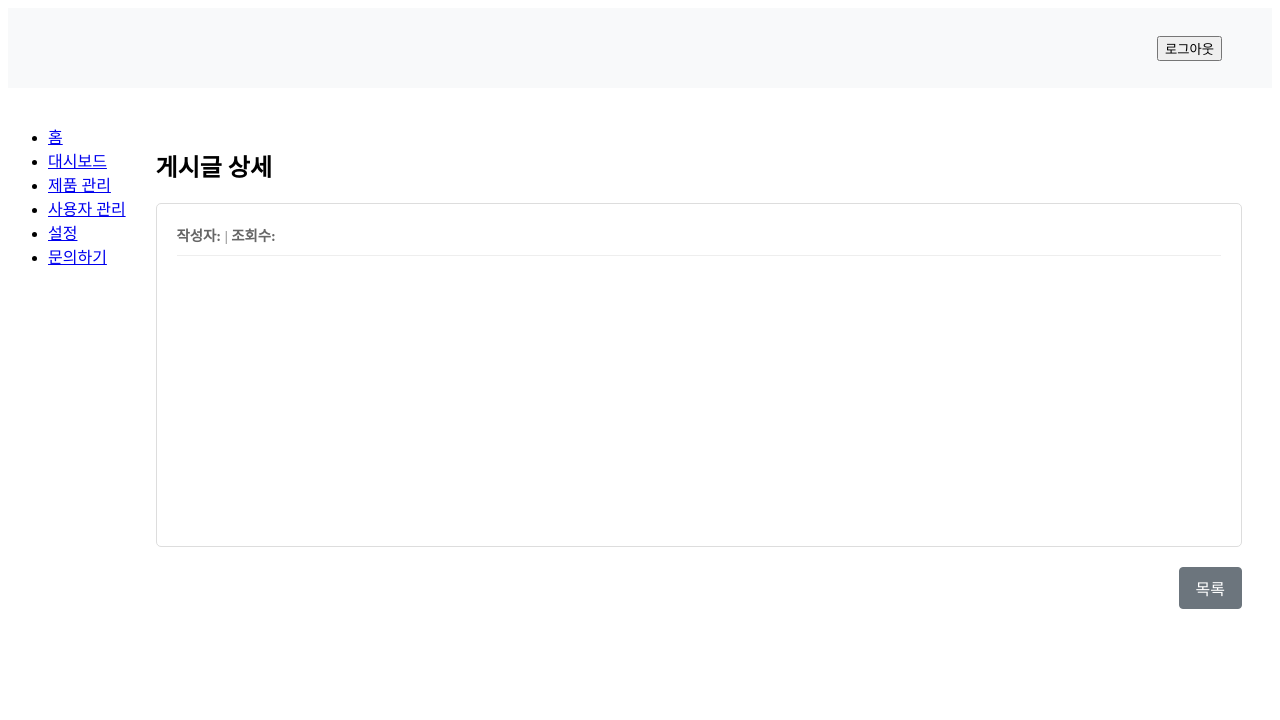
Repository: devgolol/Flow
Page: http://localhost/coretime/WEB-INF/views/detail.jsp
An editor plug-in stored every save of this project. The page is shown before and after the next save, followed by the edit.
The browser window is 1280 px wide. The pictures show the whole page.
The page is served by Tomcat 9. Nobody is signed in. The template is opened directly, without the code that normally fills it, so the values that code supplies are empty.

Above is the page before, as saved 2025-07-02 03:16:35.

After the next save:
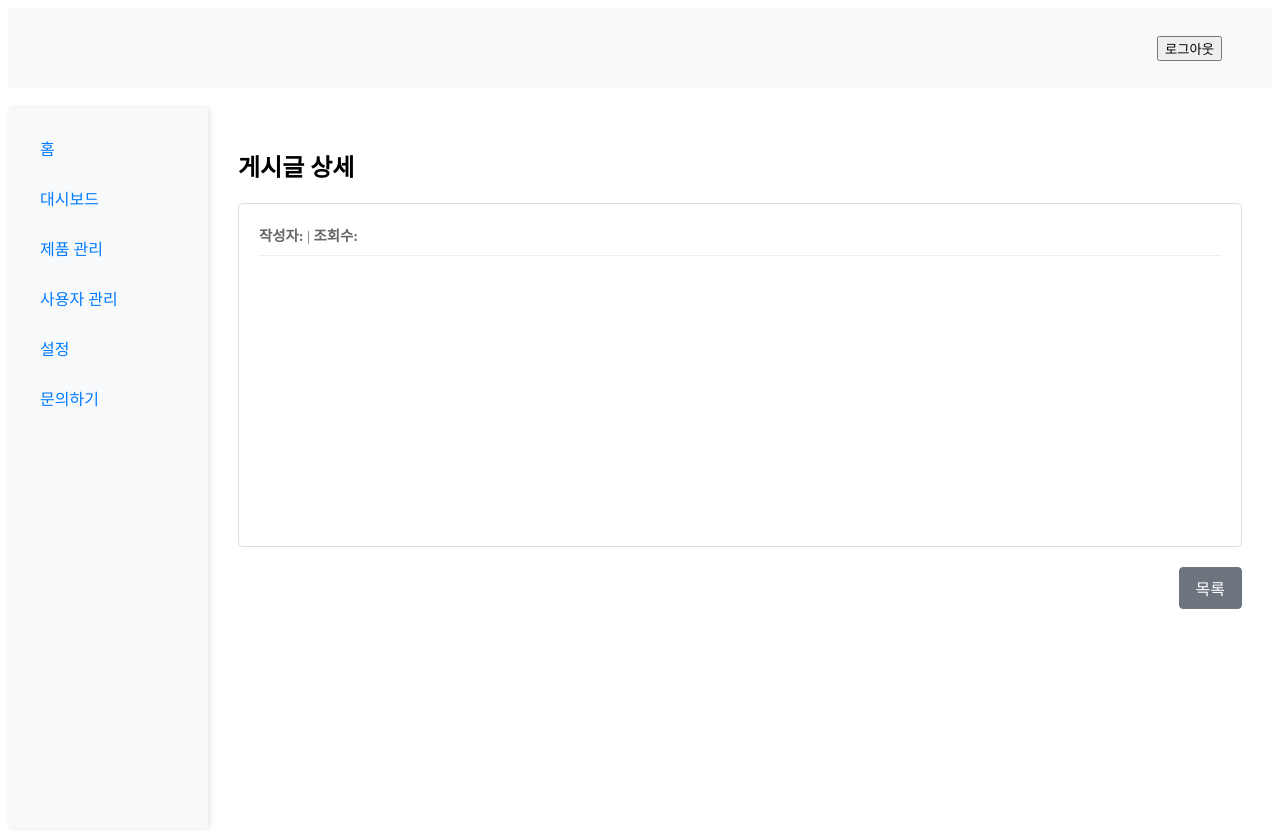
Saved 85 s later.
--- a/coretime/src/main/webapp/WEB-INF/views/leftNav.jsp
+++ b/coretime/src/main/webapp/WEB-INF/views/leftNav.jsp
@@ -53,7 +53,7 @@
 
 </head>
 <body>
-	<nav>
+	<nav class="left-nav">
 		<ul>
             <li><a href="login" class="${pageContext.request.requestURI eq '/login' ? 'active' : ''}">홈</a></li>
             <li><a href="dashboard.jsp" class="${pageContext.request.requestURI eq '/YourWebAppName/dashboard.jsp' ? 'active' : ''}">대시보드</a></li>
